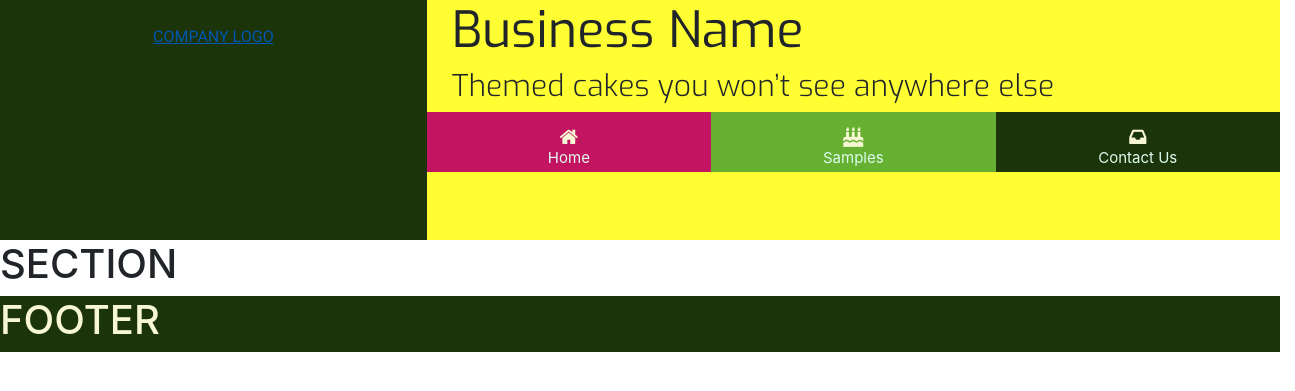
Repository: seanjcarley/Milestone1
Page: index.html
The author's editor kept a record of every edit. The page is drawn from the files as they stood at one moment, then again after the next edit.
The browser window is 1280 px wide. The page is 1295 px wide, so the pictures cover 1295 px, including what lies to the right of the window. The pictures show the whole page.

Above is the page before.

### index.html
<!DOCTYPE html>
<html lang="en">

<head>
    <meta charset="UTF-8">
    <meta name="viewport" content="width=device-width, initial-scale=1.0">
    <meta http-equiv="X-UA-Compatible" content="ie=edge">
    <link rel="stylesheet" href="https://stackpath.bootstrapcdn.com/bootstrap/4.3.1/css/bootstrap.min.css" type="text/css" />
    <link rel="stylesheet" href="https://stackpath.bootstrapcdn.com/font-awesome/4.7.0/css/font-awesome.min.css" type="text/css">
    <link rel="stylesheet" href="https://cdnjs.cloudflare.com/ajax/libs/hover.css/2.3.1/css/hover-min.css" type="text/css">
    <link rel="stylesheet" href="css/style.css">
    <title>XXXXX Bakery and Novelty Cakes</title>
</head>

<body>
    <header>
        <div class="row no-gutters">
            <a href="#" class="col-md-4 logo">COMPANY LOGO</a>
            <div class="col-md-8">
                <div class="row no-gutters">
                    <div class="col page-header">
                        <h1 class="name">Business Name</h1>
                        <h2 class="tag-line">Themed cakes you won’t see anywhere else</h2>
                    </div>
                </div>
                <div class="row no-gutters">
                    <div class="col">
                        <ul id="nav" class="list-inline menucontainer">
                            <li class="col col-sm-4 menu-item-color-home list-inline-item menuitem">
                                <a href="index.html"><i class="fa fa-home" aria-hidden="true"></i><span>Home</span></a>
                            </li>
                            <li class="col col-sm-4 menu-item-color-samples list-inline-item menuitem">
                                <a href="#"><i class="fa fa-birthday-cake" aria-hidden="true"></i><span>Samples</span></a>
                            </li>
                            <li class="col col-sm-4 menu-item-color-contact list-inline-item menuitem">
                                <a href="#"><i class="fa fa-inbox" aria-hidden="true"></i><span>Contact Us</span></a>
                            </li>
                        </ul>
                    </div>
                </div>
            </div>
        </div>
    </header>
    <section>
        <div class="row">
            <div class="col">
                <h1>SECTION</h1>
            </div>
        </div>
    </section>
    <footer>
        <div class="row">
            <div class="col">
                <h1>FOOTER</h1>
            </div>

        </div>
    </footer>
</body>

</html>

### css/style.css
@import url('https://fonts.googleapis.com/css?family=Roboto:100,200,300,400,500,600,700|Exo:100,200,300,400,500,600,700');

/*----------------------------------------------------------------------------*/
/* Colours */
/*----------------------------------------------------------------------------*/

.menu-item-color-home {
    background-color: #C21460;
    color: #F7F7D4;
}

.menu-item-color-samples {
    background-color: #66B032;
    color: #F7F7D4;
}

.menu-item-color-contact {
    background-color: #1B3409;
    color: #F7F7D4;
}

/*----------------------------------------------------------------------------*/
/* Header */
/*----------------------------------------------------------------------------*/

header {
    margin: 20;
    background-color: #fefe33;
}

.page-header {

}

.name {
    font-family: "Exo", sans-serif;
    font-weight: 400;
    font-size: 50px;
    margin-left: 25px;
}

.tag-line {
    font-family: "Exo", sans-serif;
    font-weight: 300;
    font-size: 30px;
    margin-left: 25px;
}

.logo {
    background: url("#");
    background-position: center;
    background-repeat: no-repeat;
    background-size: cover;
    background-color: #1B3409;
    font-family: "Roboto", sans-serif;
    text-align: center;
    padding-top: 25px;
    min-height: 240px;
}

.list-inline-item:not(:last-child) {
    margin-right: 0;
}

.menucontainer {
    font-size: 0;
}

#nav li {
    font-size: 14px;
    padding: 0;
}

#nav {
    margin: 0;
}

.menuitem {
    height: 60px;
    text-align: center;
    padding: 0;
}

.menuitem a {
    width: 100%;
    text-decoration: none;
    color: #defdef;
    height: 100%;
}

.menuitem a i {
    padding-top: 15px;
    display: block;
    color: #F7F7D4;;
    font-size: 20px;
}

.menuitem span {
    display: block;
    font-size: 15px;
}

/*----------------------------------------------------------------------------*/
/* Section */
/*----------------------------------------------------------------------------*/

section {
    margin: 0;
}

/*----------------------------------------------------------------------------*/
/* Footer */
/*----------------------------------------------------------------------------*/

footer {
    margin: 0;
    background-color: #1B3409;
    color: #F7F7D4;
}

/*----------------------------------------------------------------------------*/
/* Media Queries */
/*----------------------------------------------------------------------------*/

After the next edit:
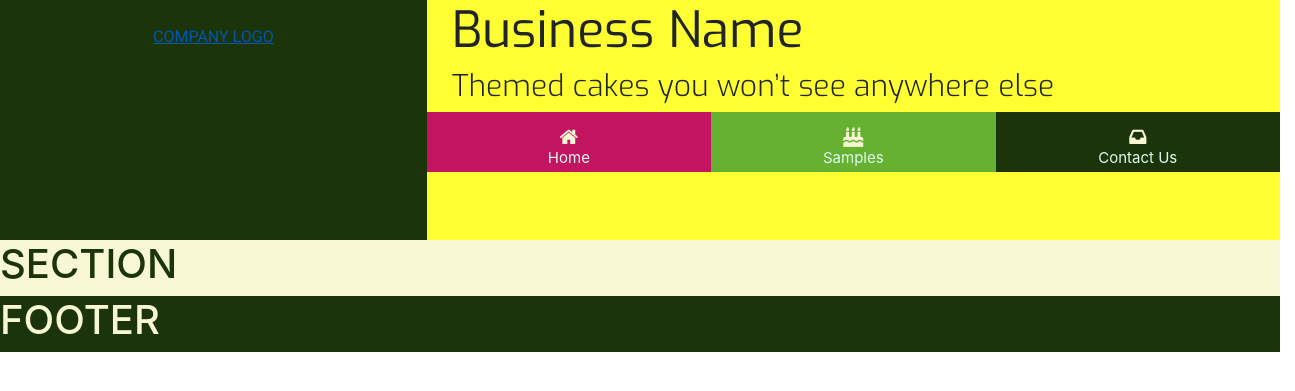
The edit:
--- a/css/style.css
+++ b/css/style.css
@@ -106,6 +106,8 @@
 
 section {
     margin: 0;
+    background-color: #F7F7D4;
+    color: #1B3409;
 }
 
 /*----------------------------------------------------------------------------*/
